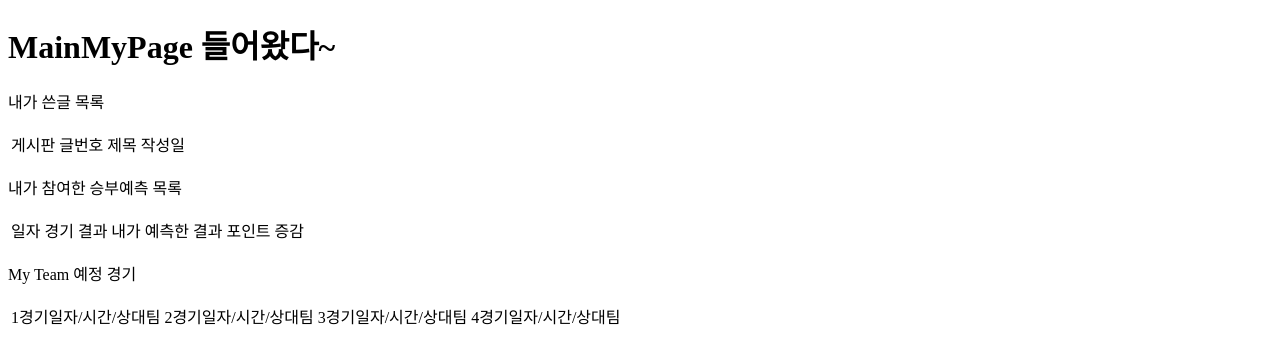
Repository: banana1531/ggs
Page: http://localhost/ggs/WEB-INF/views/myPage/mainMypage.jsp
These files come from the project's save history. The page is drawn as it stood at one moment and after the next save; the edit follows.
The browser window is 1280 px wide. The pictures show the whole page.
The page is served by Tomcat 9. Nobody is signed in. The template is opened directly, without the code that normally fills it, so the values that code supplies are empty.

Above is the page before, as saved 2020-07-04 06:49:24.

After the next save:
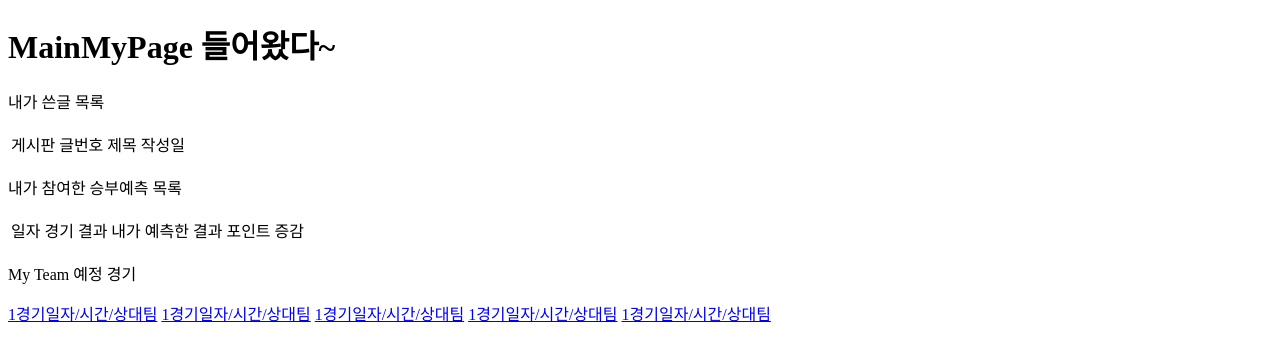
Saved 5 min 29 s later.
--- a/99s/ggs/src/main/webapp/WEB-INF/views/myPage/mainMypage.jsp
+++ b/99s/ggs/src/main/webapp/WEB-INF/views/myPage/mainMypage.jsp
@@ -42,15 +42,13 @@
 	<!-- myteam 다음 경기 일정 -->
 	<div class="container">
 		<p>My Team 예정 경기</p>
-		<table class="table">
-			<tr>
-				<td>1경기일자/시간/상대팀</td>
-				<td>2경기일자/시간/상대팀</td>
-				<td>3경기일자/시간/상대팀</td>
-				<td>4경기일자/시간/상대팀</td>
-			</tr>
-
-		</table>
+		  <div class="btn-group btn-group-justified">
+			    <a href="#" class="btn btn-primary">1경기일자/시간/상대팀</a>
+			    <a href="#" class="btn btn-primary">1경기일자/시간/상대팀</a>
+			    <a href="#" class="btn btn-primary">1경기일자/시간/상대팀</a>
+			    <a href="#" class="btn btn-primary">1경기일자/시간/상대팀</a>
+			    <a href="#" class="btn btn-primary">1경기일자/시간/상대팀</a>
+		  </div>
 	</div>
 
 
